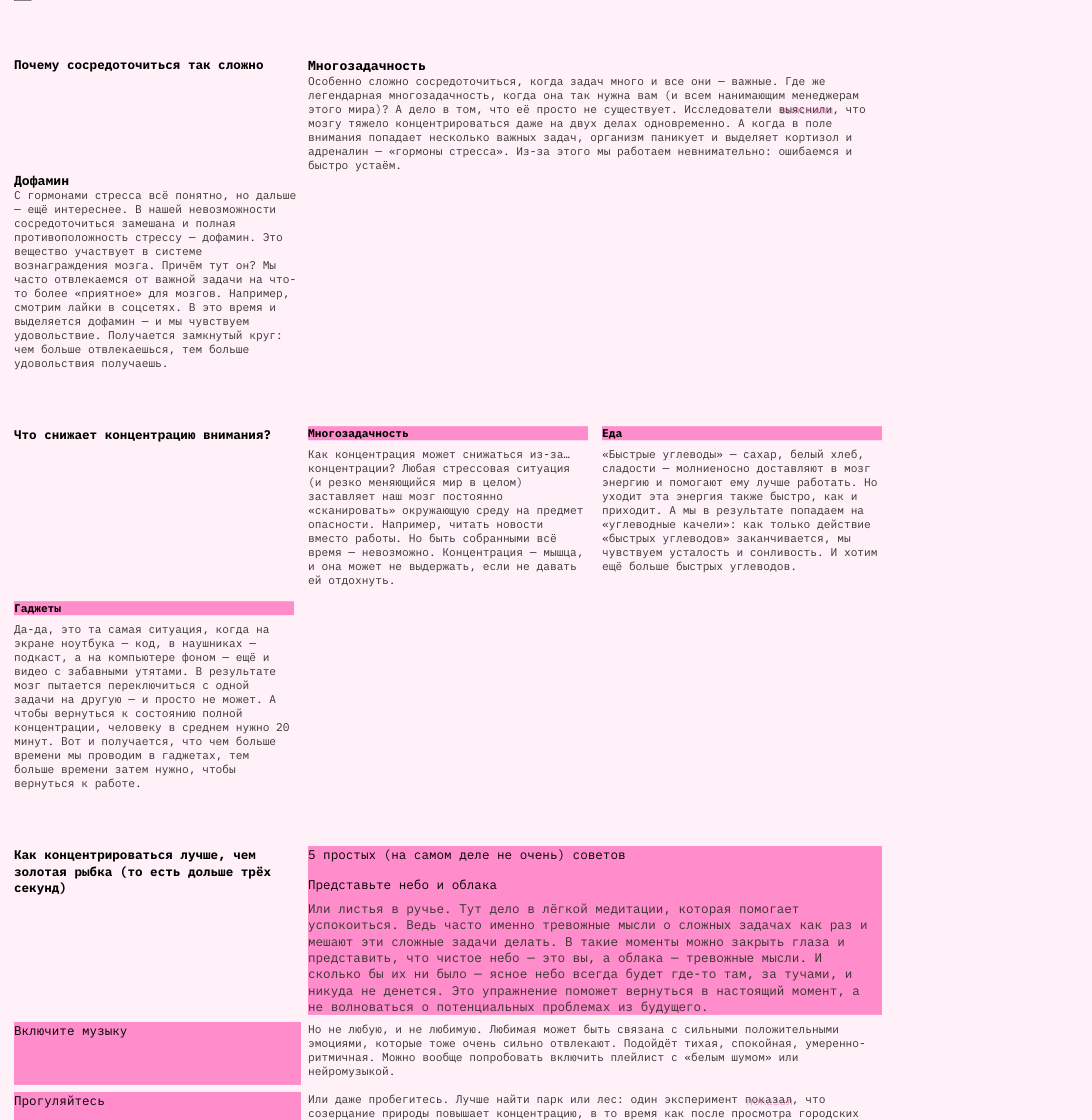
Repository: NikWolf75/slozhno-sosredotochitsya-fd
Page: index.html
These files come from the project's save history. The page is drawn as it stood at one moment and after a run of saves; the edit follows.
The browser window is 1280 px wide. The page is 1560 px wide, so the pictures cover 1560 px, including what lies to the right of the window. The pictures show the part of the page from y = 747 to 2347 px (the page is 7178 px tall before and 7208 px after), at 70% of full size.

Above is the page before, as saved 2025-02-27 21:42:13.

After the next 2 saves:
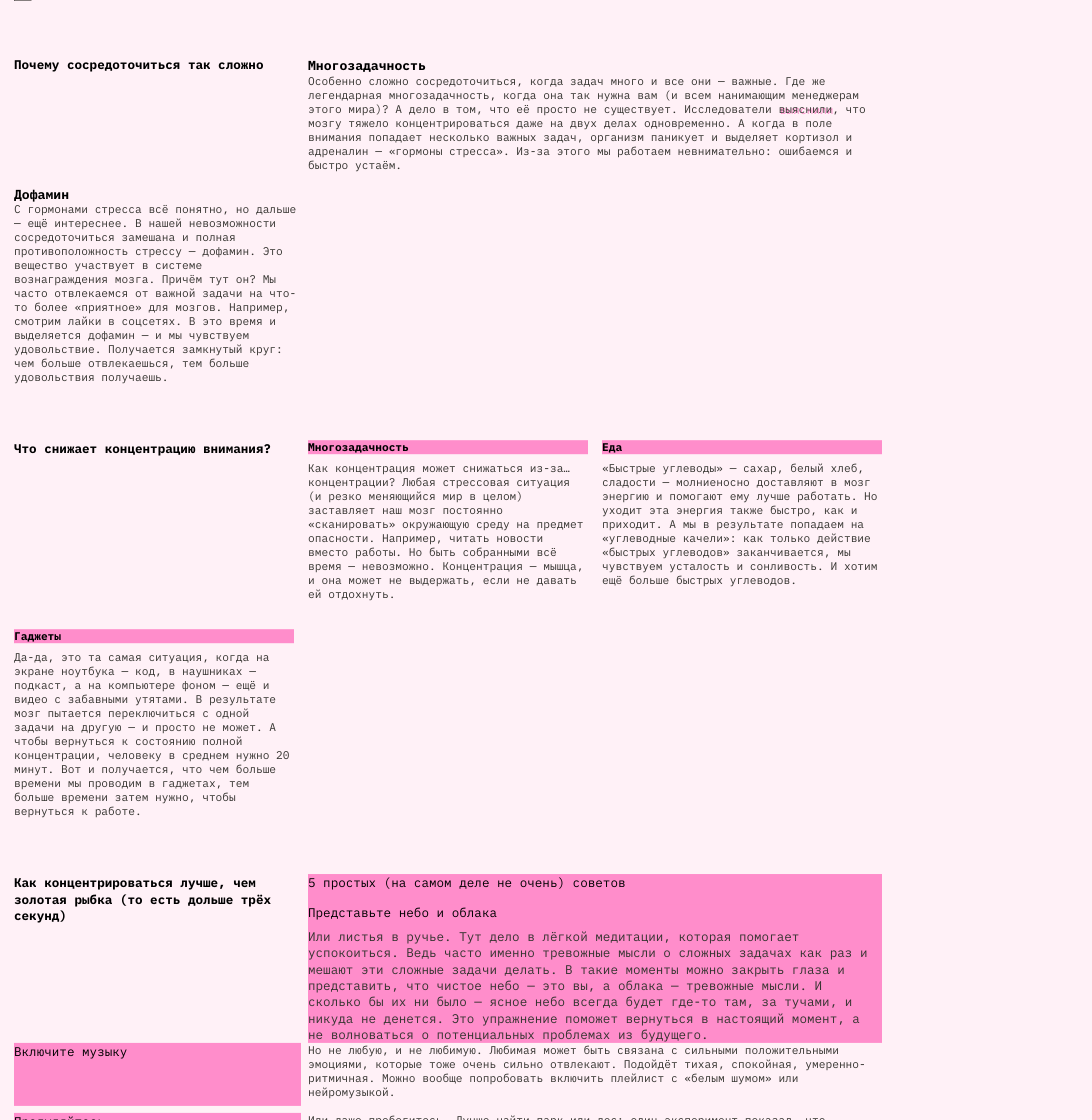
The 2 saves are shown as one change because they came seconds apart.
The last was saved 56 s later.
--- a/styles/style.css
+++ b/styles/style.css
@@ -248,11 +248,11 @@
   }
 }
 
-.content__what, .content__answers {
+.content__what, .answers {
   margin-bottom: 20px;
 }
 
-.content__what, .content__answers:last-of-type {
+.content__what, .answers:last-of-type {
   margin-bottom: 0;
 }
 
